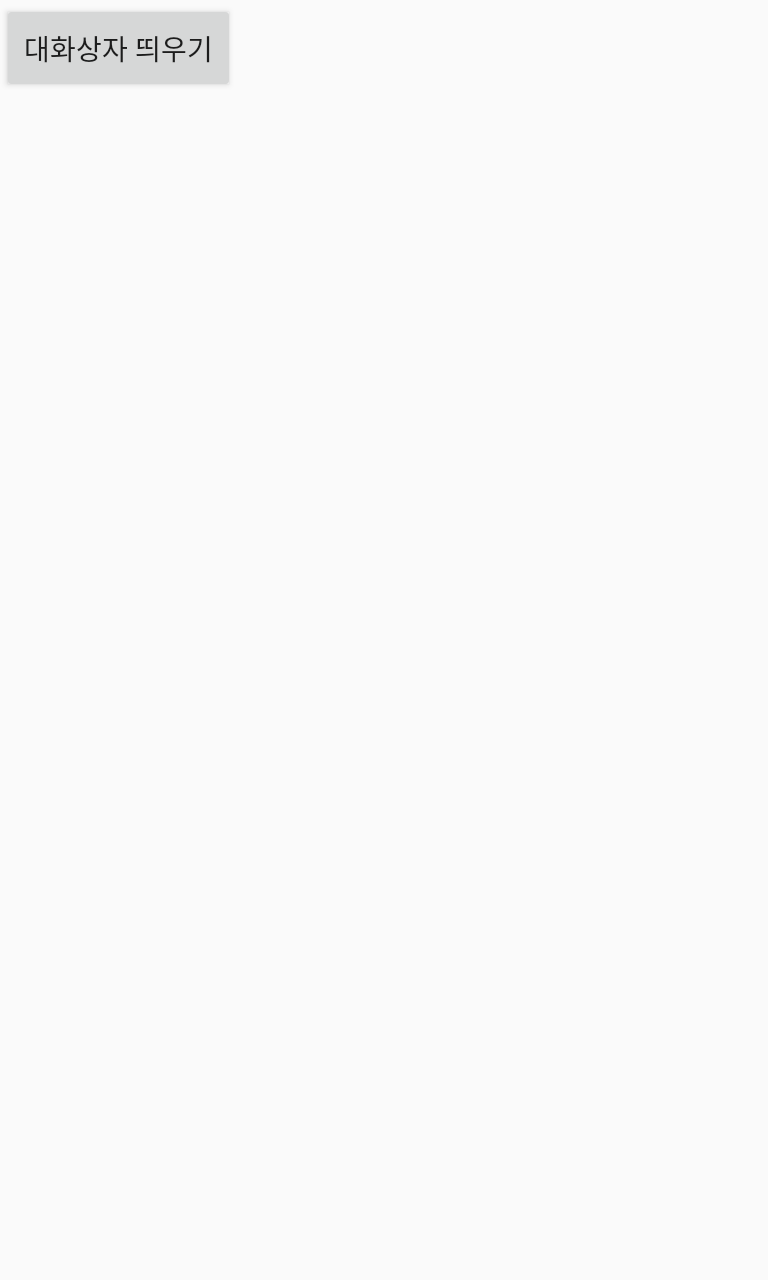
Repository: tae-jun/android
Layout: i1024_Dialog/res/layout/activity_main.xml
An editor plug-in stored every save of this project. The layout is shown before and after the next save, followed by the edit.
It is drawn on a 768 x 1280 px phone screen (xhdpi) without system bars, with theme AppTheme; the app's code is not run.

Above is the layout before, as saved 2014-10-24 03:17:36.

After the next save:
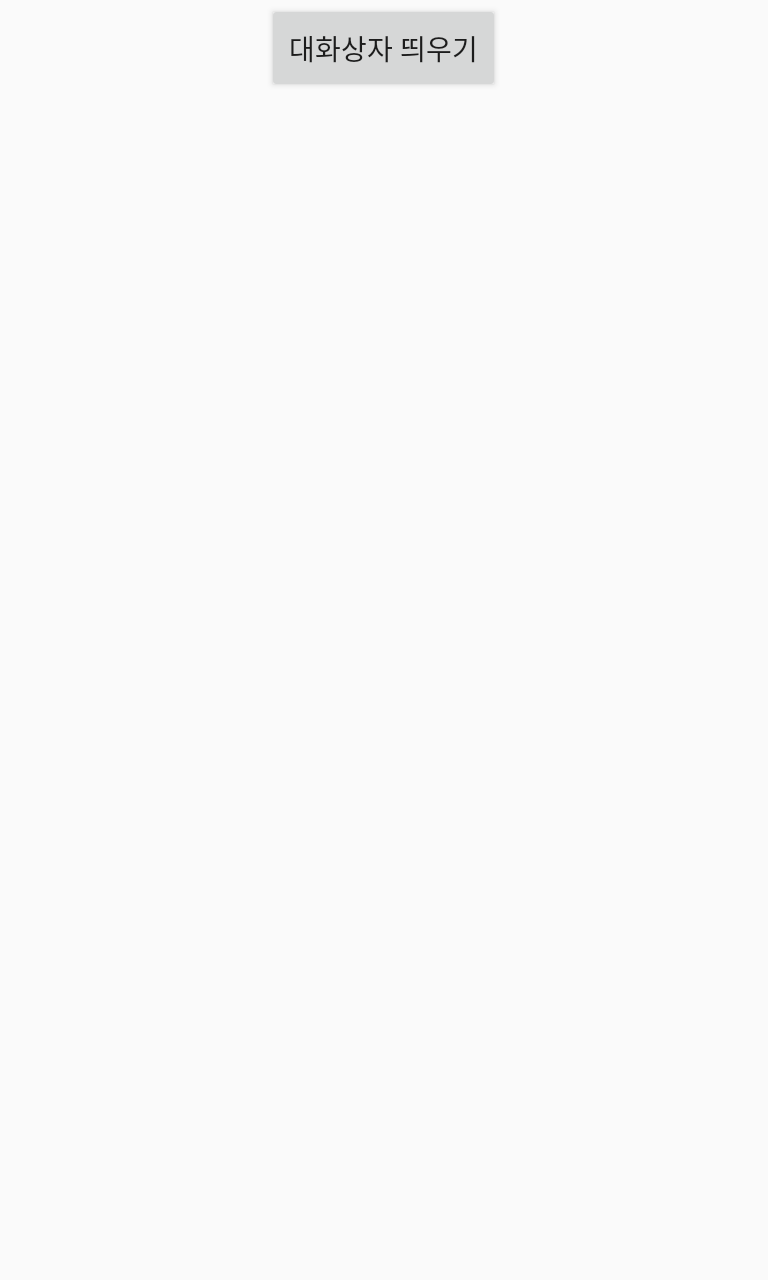
Saved 9 s later.
--- a/i1024_Dialog/res/layout/activity_main.xml
+++ b/i1024_Dialog/res/layout/activity_main.xml
@@ -9,6 +9,7 @@
         android:id="@+id/btnShow"
         android:layout_width="wrap_content"
         android:layout_height="wrap_content"
+        android:layout_gravity="center"
         android:text="대화상자 띄우기" />
 
 </LinearLayout>

After the save that followed:
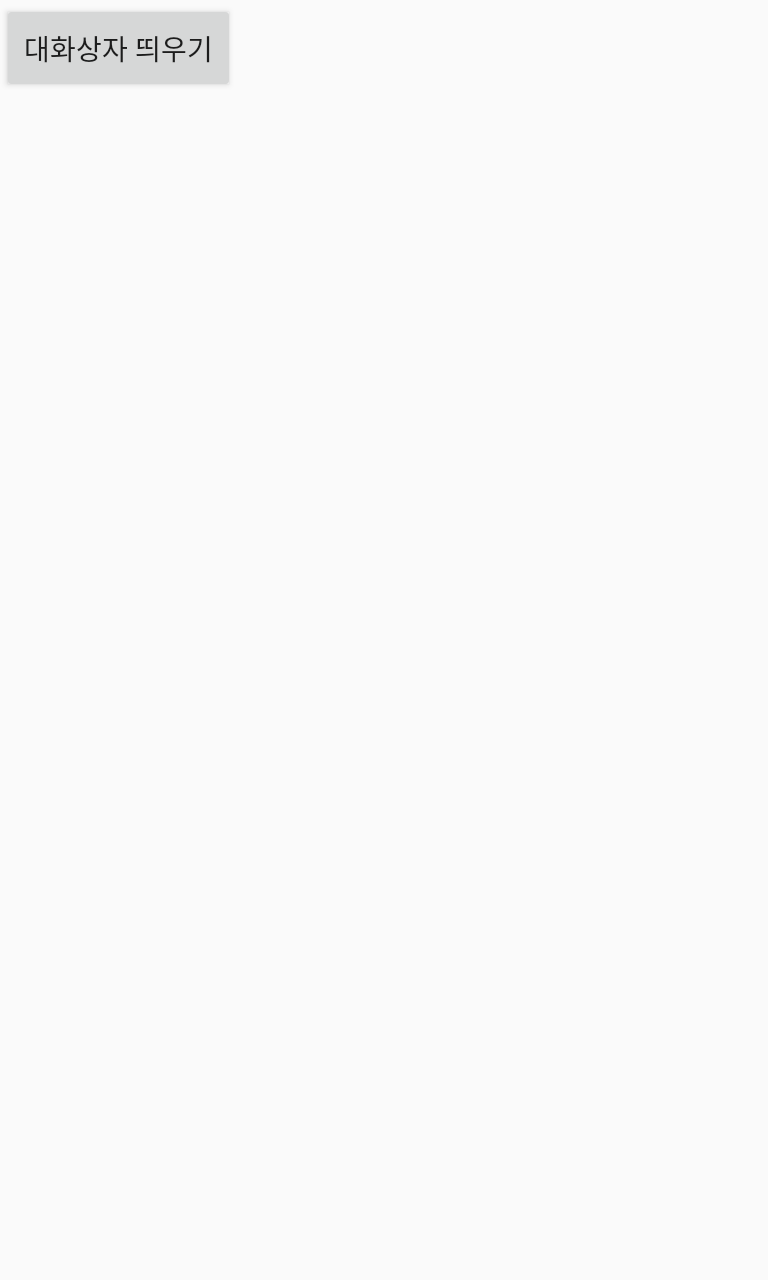
Saved 6 s later.
--- a/i1024_Dialog/res/layout/activity_main.xml
+++ b/i1024_Dialog/res/layout/activity_main.xml
@@ -9,7 +9,7 @@
         android:id="@+id/btnShow"
         android:layout_width="wrap_content"
         android:layout_height="wrap_content"
-        android:layout_gravity="center"
+        android:layout_gravity="center_vertical"
         android:text="대화상자 띄우기" />
 
 </LinearLayout>
